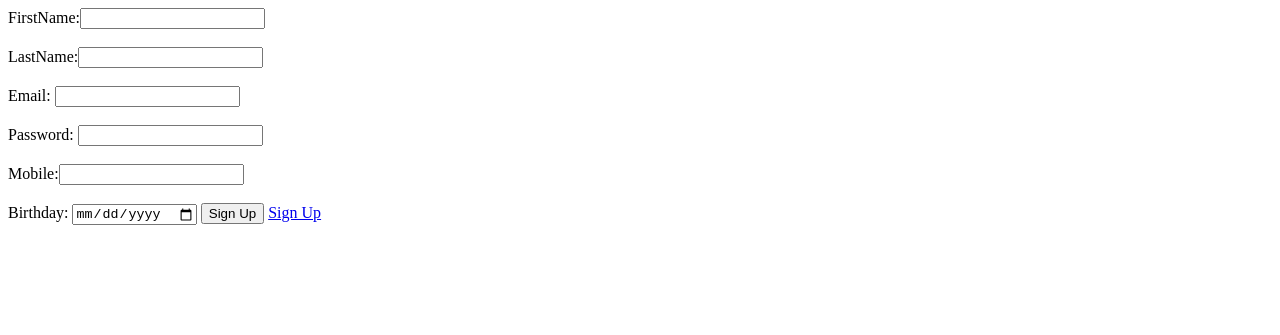
Repository: kd2-80175/WebJava
Page: Assignment1/MovieApp/WebContent/register.html
An editor plug-in stored every save of this project. The page is shown before and after the next save, followed by the edit.
The browser window is 1280 px wide. The pictures show the whole page.

Above is the page before, as saved 2023-12-20 08:35:11.

### Assignment1/MovieApp/WebContent/register.html
<!DOCTYPE html>
<html>
<head>
<meta charset="ISO-8859-1">
<title>Registration</title>
</head>
<body>
<form method="post" action="Sign Up">
    FirstName:<input type="text" name="fname" /><br><br/>
     LastName:<input type="text" name="lname" /><br><br/>
    Email: <input type="text" name="email"/> <br/><br/>
    Password: <input type="text" name="passwd"/> <br/><br/>
    Mobile:<input type="text" name="mob"/> <br/><br/>
    <label for="birthday">Birthday:</label>
  <input type="date" id="birthday" name="birthday">

		<input type="submit" value="Sign Up"/>
		<a href="AddUser">Sign Up</a>
	</form>

</body>
</html>

After the next save:
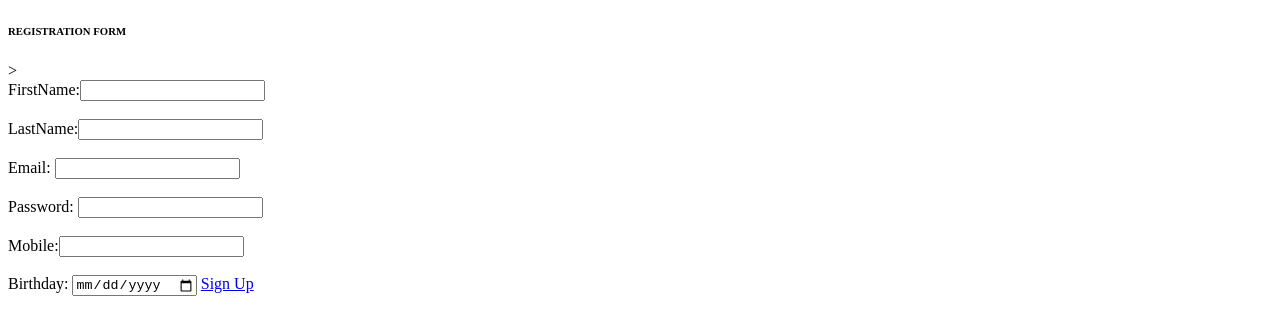
Saved 2 min 58 s later.
--- a/Assignment1/MovieApp/WebContent/register.html
+++ b/Assignment1/MovieApp/WebContent/register.html
@@ -5,6 +5,7 @@
 <title>Registration</title>
 </head>
 <body>
+<h6>REGISTRATION FORM</h6>>
 <form method="post" action="Sign Up">
     FirstName:<input type="text" name="fname" /><br><br/>
      LastName:<input type="text" name="lname" /><br><br/>
@@ -14,7 +15,7 @@
     <label for="birthday">Birthday:</label>
   <input type="date" id="birthday" name="birthday">
 
-		<input type="submit" value="Sign Up"/>
+
 		<a href="AddUser">Sign Up</a>
 	</form>
 
